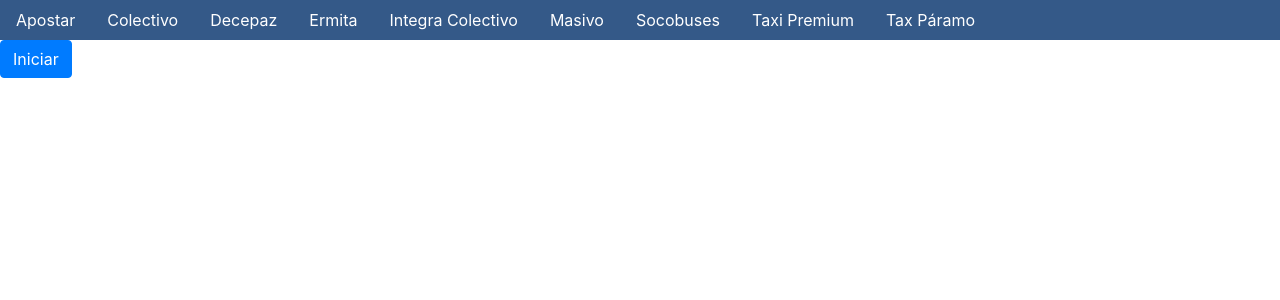
Repository: jpalacio9702/ADM
Page: / (app in frontend/ADM/)
An editor plug-in stored every save of this project. The page is shown before and after the next save, followed by the edit.
The browser window is 1280 px wide. The pictures show the whole page.
The project was rebuilt for these pictures with package versions that can differ from the ones it lists, and the page was loaded fresh each time. Also part of the build but not shown: frontend/ADM/angular.json, frontend/ADM/src/app/listar-vehiculos/listar-vehiculos.component.ts.

Above is the page before, as saved 2021-03-17 21:50:04.

### frontend/ADM/src/index.html
<!doctype html>
<html lang="en">
<head>
  <meta charset="utf-8">
  <title>ADM Service</title>
  <base href="/">
  <meta name="viewport" content="width=device-width, initial-scale=1">
  <link rel="icon" type="image/x-icon" href="favicon.ico">
  <link href="https://cdn.jsdelivr.net/npm/bootstrap@5.0.0-beta2/dist/css/bootstrap.min.css" rel="stylesheet" integrity="sha384-BmbxuPwQa2lc/FVzBcNJ7UAyJxM6wuqIj61tLrc4wSX0szH/Ev+nYRRuWlolflfl" crossorigin="anonymous">
</head>
<body>
  <app-root></app-root>
  <script src="https://cdn.jsdelivr.net/npm/bootstrap@5.0.0-beta2/dist/js/bootstrap.bundle.min.js" integrity="sha384-b5kHyXgcpbZJO/tY9Ul7kGkf1S0CWuKcCD38l8YkeH8z8QjE0GmW1gYU5S9FOnJ0" crossorigin="anonymous"></script>
</body>
</html>

### frontend/ADM/src/app/app.module.ts
import { NgModule } from '@angular/core';
import { BrowserModule } from '@angular/platform-browser';

import { AppRoutingModule } from './app-routing.module';
import { AppComponent } from './app.component';
import { TabsModule } from 'ngx-bootstrap/tabs';

@NgModule({
  declarations: [
    AppComponent
  ],
  imports: [
    BrowserModule,
    AppRoutingModule,
    TabsModule.forRoot()
  ],
  providers: [],
  bootstrap: [AppComponent]
})
export class AppModule { }

### frontend/ADM/src/app/app-routing.module.ts
import { NgModule } from '@angular/core';
import { RouterModule, Routes } from '@angular/router';
import { ListarVehiculosComponent } from './listar-vehiculos/listar-vehiculos.component';

const routes: Routes = [
  {
    path: 'listar',
    component: ListarVehiculosComponent,
    pathMatch: 'full'
  }
];
@NgModule({
  imports: [RouterModule.forRoot(routes)],
  exports: [RouterModule]
})
export class AppRoutingModule { }

### frontend/ADM/src/app/app.component.ts
import { Component } from '@angular/core';
// import { WebsocketService } from './websocket.service';
// import { ChatService } from './chat.service';

@Component({
  selector: 'app-root',
  templateUrl: './app.component.html',
  styleUrls: ['./app.component.css'],
  // providers: [WebsocketService, ChatService]
})
export class AppComponent {
  title = 'ADM';
}

### frontend/ADM/src/app/app.component.html
<ul class="nav navbar-dark">
  <li class="nav-item" [routerLinkActive]="['active']" [routerLinkActiveOptions]="{exact:true}">
    <a class="nav-link" aria-current="page" [routerLink]="['/']">Apostar</a>
  </li>
  <li class="nav-item" [routerLinkActive]="['active']" [routerLinkActiveOptions]="{exact:true}">
    <a class="nav-link" [routerLink]="['/listar']">Colectivo</a>
  </li>
  <li class="nav-item" [routerLinkActive]="['active']" [routerLinkActiveOptions]="{exact:true}">
    <a class="nav-link" [routerLink]="['/listar']">Decepaz</a>
  </li>
  <li class="nav-item" [routerLinkActive]="['active']" [routerLinkActiveOptions]="{exact:true}">
    <a class="nav-link" [routerLink]="['/listar']">Ermita</a>
  </li>
  <li class="nav-item" [routerLinkActive]="['active']" [routerLinkActiveOptions]="{exact:true}">
    <a class="nav-link" [routerLink]="['/listar']">Integra Colectivo</a>
  </li>
  <li class="nav-item" [routerLinkActive]="['active']" [routerLinkActiveOptions]="{exact:true}">
    <a class="nav-link" [routerLink]="['/listar']">Masivo</a>
  </li>
  <li class="nav-item" [routerLinkActive]="['active']" [routerLinkActiveOptions]="{exact:true}">
    <a class="nav-link" [routerLink]="['/listar']">Socobuses</a>
  </li>
  <li class="nav-item" [routerLinkActive]="['active']" [routerLinkActiveOptions]="{exact:true}">
    <a class="nav-link" [routerLink]="['/listar']">Taxi Premium</a>
  </li>
  <li class="nav-item" [routerLinkActive]="['active']" [routerLinkActiveOptions]="{exact:true}">
    <a class="nav-link" [routerLink]="['/listar']">Tax P&aacute;ramo</a>
  </li>
</ul>
<button type="button" class="btn btn-primary" [routerLink]="['/listar']">
  Iniciar
</button>
<router-outlet></router-outlet>

### frontend/ADM/src/app/app.component.css
.nav {
    background: #345988;
}

ul li a{
    color: #ffff;
}

Loaded but not shown: frontend/ADM/src/styles.css (common file); frontend/ADM/src/main.ts (common file); frontend/ADM/src/environments/environment.ts (common file)

After the next save:
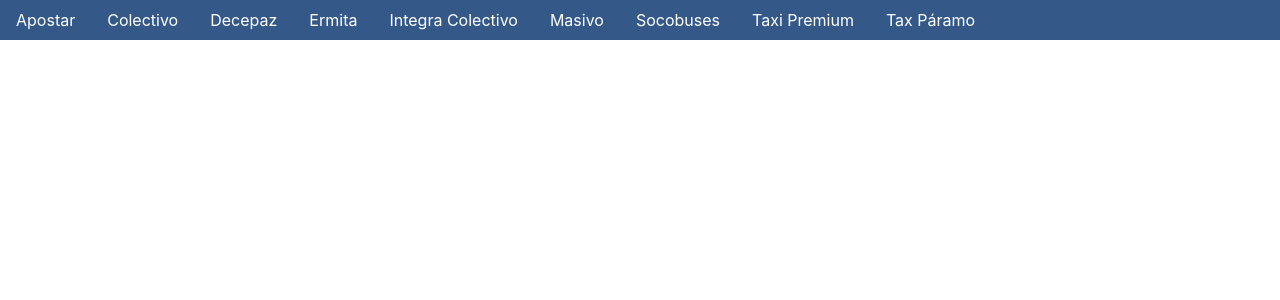
Saved 32 s later.
--- a/frontend/ADM/src/app/app.component.html
+++ b/frontend/ADM/src/app/app.component.html
@@ -27,7 +27,7 @@
     <a class="nav-link" [routerLink]="['/listar']">Tax P&aacute;ramo</a>
   </li>
 </ul>
-<button type="button" class="btn btn-primary" [routerLink]="['/listar']">
+<!-- <button type="button" class="btn btn-primary" [routerLink]="['/listar']">
   Iniciar
-</button>
+</button> -->
 <router-outlet></router-outlet>
